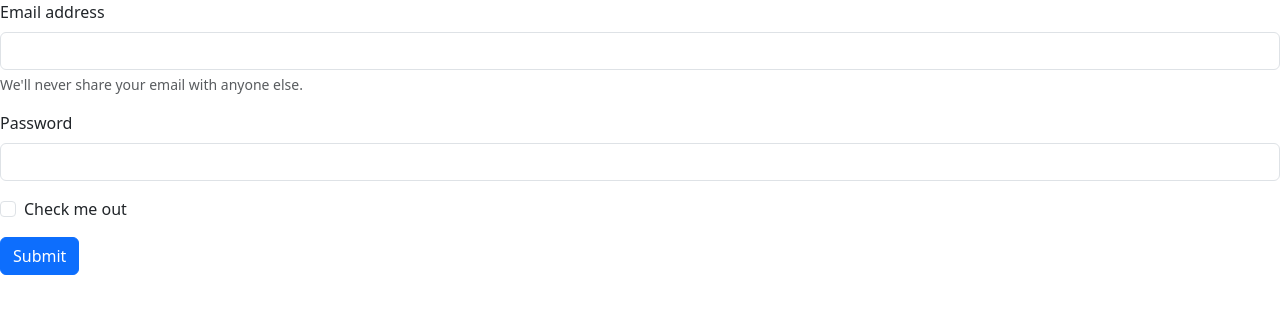
Repository: mi-ci/ai
Page: jsp01/src/main/webapp/ch05/login.html
These files come from the project's save history. The page is drawn as it stood at one moment and after the next save; the edit follows.
The browser window is 1280 px wide. The pictures show the whole page.

Above is the page before, as saved 2024-01-19 00:45:15.

After the next save:
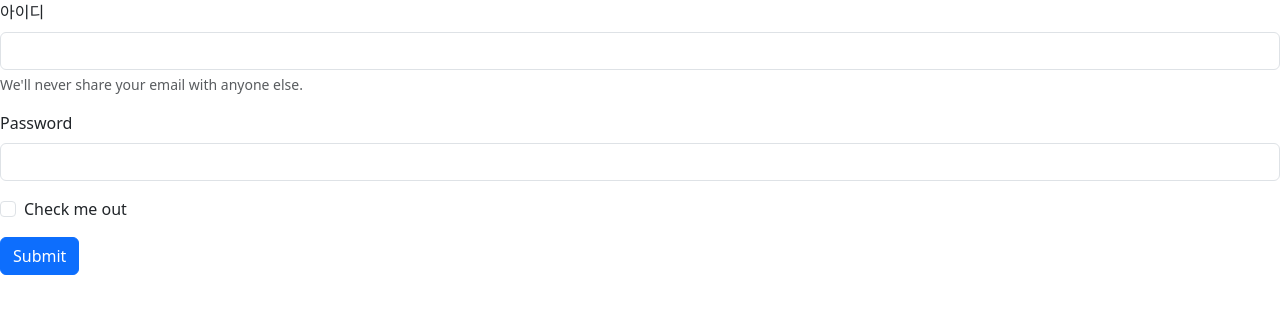
Saved 108 s later.
--- a/jsp01/src/main/webapp/ch05/login.html
+++ b/jsp01/src/main/webapp/ch05/login.html
@@ -9,8 +9,8 @@
 
 	<form>
 	  <div class="mb-3">
-	    <label for="exampleInputEmail1" class="form-label">Email address</label>
-	    <input type="email" class="form-control" id="exampleInputEmail1" aria-describedby="emailHelp">
+	    <label for="exampleInputId" class="form-label">아이디</label>
+	    <input type="email" class="form-control" id="exampleInputId" aria-describedby="emailHelp">
 	    <div id="emailHelp" class="form-text">We'll never share your email with anyone else.</div>
 	  </div>
 	  <div class="mb-3">
